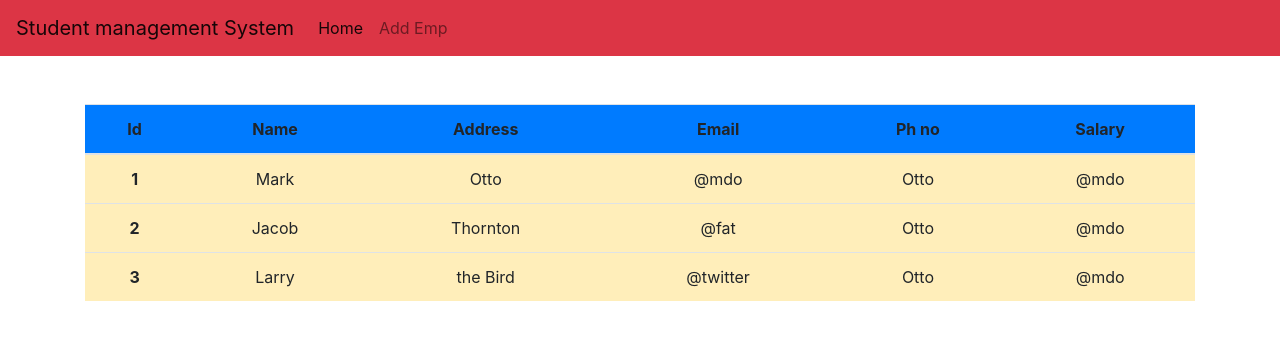
Repository: arindolghosh44/spring
Page: http://localhost/index
These files come from the project's save history. The page is drawn as it stood at one moment and after the next save; the edit follows.
The browser window is 1280 px wide. The pictures show the whole page.
Some web libraries are served in a nearby version. The page is this project's Thymeleaf template; nobody is signed in. The template is opened directly, without the code that normally fills it, so the values that code supplies are empty.

Above is the page before, as saved 2024-01-20 04:47:56.

After the next save:
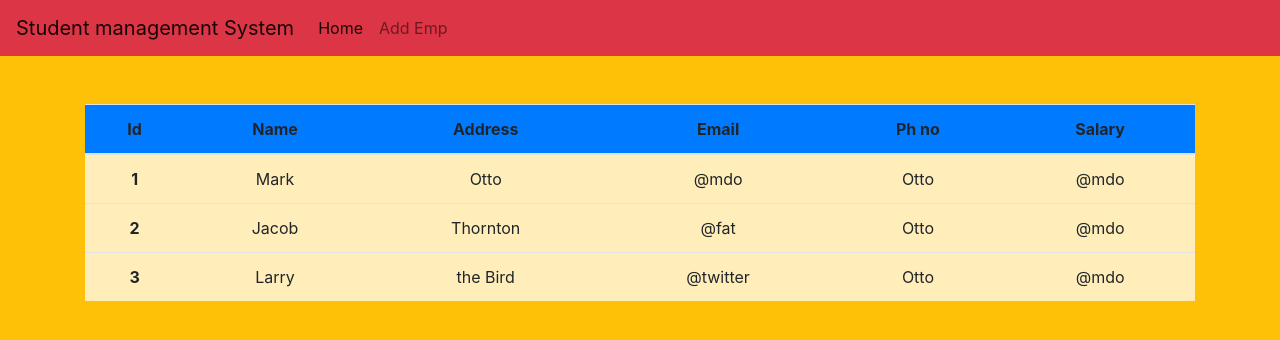
Saved 25 min 42 s later.
--- a/emp_management_System1-1/src/main/resources/templates/index.html
+++ b/emp_management_System1-1/src/main/resources/templates/index.html
@@ -10,7 +10,7 @@
 
     <title>home page</title>
   </head>
-  <body>
+  <body class="bg-warning">
     <!-- Navbar -->
 
 
